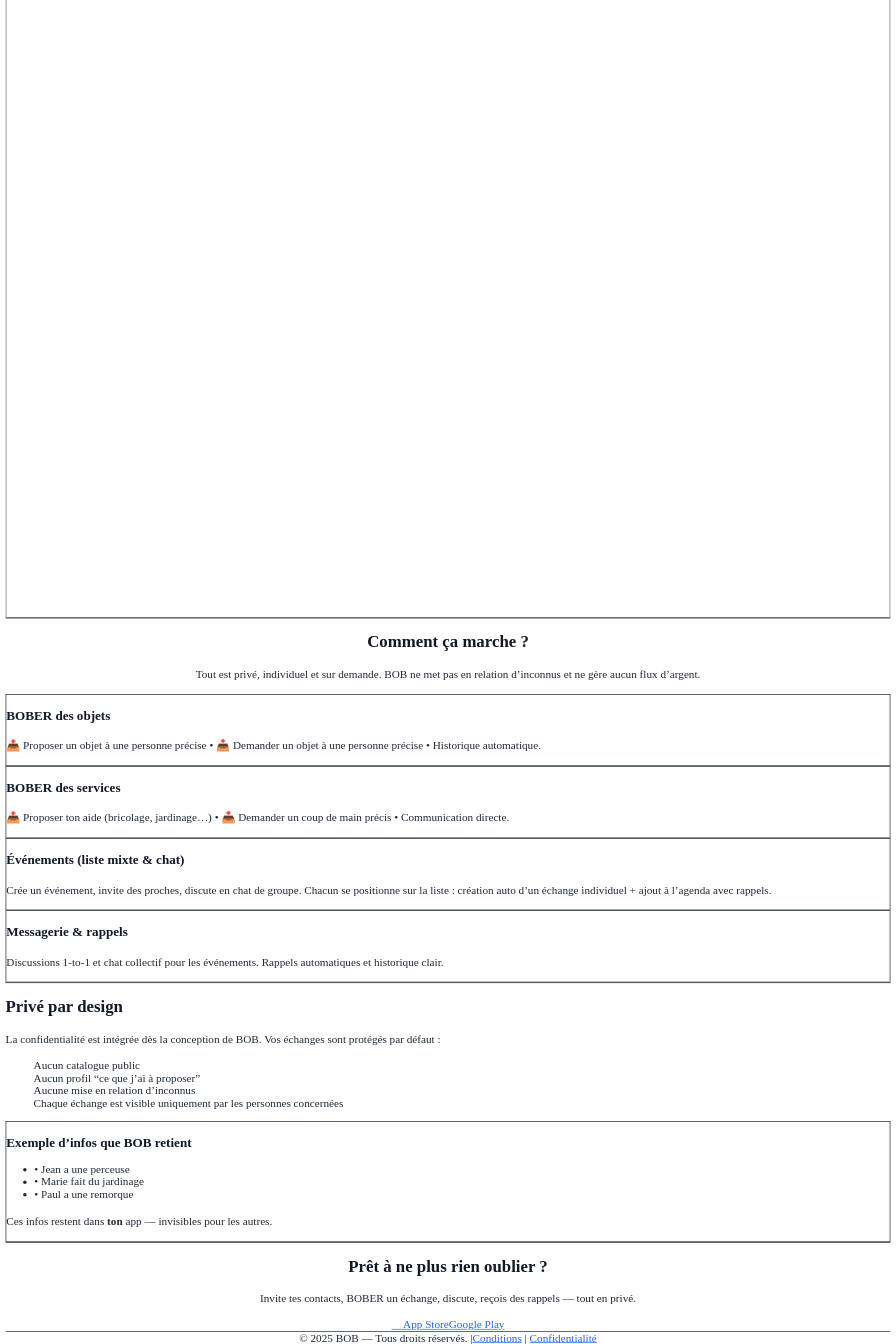
Repository: JeanCharlesMEILLAND/new-bob
Page: /
The author's editor kept a copy of each file at every save. The page is drawn from the files as they stood at one save, then again after the next save.
The browser window is 1280 px wide. The pictures show the part of the page from y = 1519 to 3439 px (the page is 3439 px tall), at 70% of full size.
The project was rebuilt for these pictures with package versions that can differ from the ones it lists, and the page was loaded fresh each time. The framework's server and built-in components were replaced by stand-ins that run in the browser. Also part of the build but not shown: next.config.ts.

Above is the page before, as saved 2025-08-12 00:01:26.

### src/app/layout.tsx
import type { Metadata } from "next";
import Link from "next/link";
import "./globals.css";

export const metadata: Metadata = {
  title: "BOB — Carnet privé d’échanges entre proches",
  description:
    "BOB est un pense-bête privé pour proposer ou demander (BOBER) des objets ou coups de main entre contacts invités, en toute confidentialité. Aucun flux d'argent, aucun catalogue public.",
  metadataBase: new URL("https://www.bobapp.fr"), // à remplacer par ton domaine réel
  openGraph: {
    title: "BOB — Carnet privé d’échanges entre proches",
    description:
      "Gérez vos échanges d'objets et coups de main entre proches avec messagerie, rappels et événements privés. 100% confidentiel.",
    url: "https://www.bobapp.fr",
    siteName: "BOB",
    images: [
      {
        url: "/og-bob.png", // placer ton image dans public/
        width: 1200,
        height: 630,
        alt: "BOB — Carnet privé d’échanges entre proches",
      },
    ],
    locale: "fr_FR",
    type: "website",
  },
  twitter: {
    card: "summary_large_image",
    title: "BOB — Carnet privé d’échanges entre proches",
    description:
      "Proposez, demandez, organisez : BOB gère vos échanges entre proches en toute confidentialité.",
    images: ["/og-bob.png"],
  },
  alternates: {
    canonical: "https://www.bobapp.fr",
  },
};

export default function RootLayout({ children }: { children: React.ReactNode }) {
  return (
    <html lang="fr">
      <body className="antialiased bg-white text-gray-900">
        {/* HEADER STICKY */}
        <header className="sticky top-0 z-50 backdrop-blur bg-white/95 border-b border-gray-200 shadow-sm">
          <div className="max-w-7xl mx-auto px-4 sm:px-6 lg:px-8 h-16 flex items-center justify-between">
            {/* Logo */}
            <Link href="/" className="flex items-center gap-2">
              <div className="h-8 w-8 rounded-lg bg-indigo-600 grid place-items-center text-white font-bold">
                B
              </div>
              <span className="font-semibold tracking-tight">BOB</span>
            </Link>

            {/* Navigation */}
            <nav className="hidden md:flex items-center gap-6">
              <a href="#fonctionnement" className="text-sm text-gray-800 hover:text-indigo-700">
                Fonctionnement
              </a>
              <a href="#prive" className="text-sm text-gray-800 hover:text-indigo-700">
                Privé par design
              </a>
              <a href="#telecharger" className="text-sm text-gray-800 hover:text-indigo-700">
                Télécharger
              </a>
              <Link href="/conditions-utilisation" className="text-sm text-gray-800 hover:text-indigo-700">
                Conditions
              </Link>
              <Link href="/confidentialite" className="text-sm text-gray-800 hover:text-indigo-700">
                Confidentialité
              </Link>
            </nav>

            {/* CTA */}
            <a
              href="#telecharger"
              className="px-4 py-2 rounded-md bg-indigo-600 text-white text-sm font-medium hover:bg-indigo-700 focus:ring-2 focus:ring-offset-2 focus:ring-indigo-500"
            >
              Commencer
            </a>
          </div>
        </header>

        {/* CONTENU */}
        <main className="bg-white text-gray-900">{children}</main>

        {/* FOOTER */}
        <footer className="py-6 border-t border-gray-200 text-center text-sm text-gray-700">
          © {new Date().getFullYear()} BOB — Tous droits réservés. |
          <Link href="/conditions-utilisation" className="text-indigo-600 hover:underline ml-1">
            Conditions
          </Link>{" "}
          |{" "}
          <Link href="/confidentialite" className="text-indigo-600 hover:underline">
            Confidentialité
          </Link>
        </footer>
      </body>
    </html>
  );
}

### src/app/page.tsx
export default function Page() {
  return (
    <main className="bg-white text-gray-900">
      {/* Hero */}
      <section className="relative overflow-hidden bg-gradient-to-b from-indigo-50 to-white">
        <div className="max-w-7xl mx-auto px-4 sm:px-6 lg:px-8 py-20 lg:py-28 grid lg:grid-cols-2 gap-12 items-center">
          <div>
            <h1 className="text-4xl sm:text-5xl font-extrabold text-gray-900">
              BOBER tes échanges <span className="text-indigo-700">entre proches</span>
            </h1>
            <p className="mt-6 text-lg text-gray-800 leading-relaxed">
              BOB est ton carnet privé pour <strong>proposer</strong> ou <strong>demander</strong> des objets,
              des coups de main ou organiser des événements — le tout en privé et uniquement avec tes contacts invités.
            </p>
            <div className="mt-8 flex flex-wrap gap-4">
              <a
                href="#fonctionnement"
                className="px-6 py-3 rounded-md bg-indigo-700 text-white font-semibold hover:bg-indigo-800 focus:ring-2 focus:ring-offset-2 focus:ring-indigo-500"
              >
                Découvrir
              </a>
              <a
                href="#telecharger"
                className="px-6 py-3 rounded-md border border-gray-300 text-gray-800 font-semibold hover:bg-gray-50 focus:ring-2 focus:ring-offset-2 focus:ring-indigo-500"
              >
                Télécharger l’app
              </a>
            </div>
          </div>
          <div className="relative">
            <div className="aspect-[9/16] w-72 sm:w-80 md:w-96 mx-auto rounded-3xl border border-gray-300 bg-white shadow-lg p-4">
              <div className="h-10 rounded-lg bg-indigo-100 grid place-items-center text-indigo-800 text-sm font-medium">
                Nouvelle demande → “Perceuse”
              </div>
              <div className="mt-4 p-4 rounded-lg bg-gray-50">
                <p className="text-sm font-medium text-gray-900">À : Jean</p>
                <p className="text-xs text-gray-700">Retour le 12/09 — rappel auto</p>
              </div>
              <div className="mt-4 p-4 rounded-lg bg-gray-50">
                <p className="text-sm font-medium text-gray-900">Historique</p>
                <p className="text-xs text-gray-700">Paul (remorque) — rendu ✓</p>
              </div>
            </div>
          </div>
        </div>
      </section>

      {/* Fonctionnement */}
      <section id="fonctionnement" className="py-20 border-t border-gray-200">
        <div className="max-w-7xl mx-auto px-4 sm:px-6 lg:px-8">
          <div className="text-center max-w-3xl mx-auto">
            <h2 className="text-3xl font-bold tracking-tight text-gray-900">Comment ça marche ?</h2>
            <p className="mt-3 text-gray-800 leading-relaxed">
              Tout est privé, individuel et sur demande. BOB ne met pas en relation d’inconnus et ne gère aucun flux d’argent.
            </p>
          </div>

          <div className="mt-12 grid gap-6 sm:grid-cols-2 lg:grid-cols-4">
            {[
              {
                title: "BOBER des objets",
                desc: "📤 Proposer un objet à une personne précise • 📥 Demander un objet à une personne précise • Historique automatique.",
              },
              {
                title: "BOBER des services",
                desc: "📤 Proposer ton aide (bricolage, jardinage…) • 📥 Demander un coup de main précis • Communication directe.",
              },
              {
                title: "Événements (liste mixte & chat)",
                desc: "Crée un événement, invite des proches, discute en chat de groupe. Chacun se positionne sur la liste : création auto d’un échange individuel + ajout à l’agenda avec rappels.",
              },
              {
                title: "Messagerie & rappels",
                desc: "Discussions 1-to-1 et chat collectif pour les événements. Rappels automatiques et historique clair.",
              },
            ].map((f) => (
              <div
                key={f.title}
                className="rounded-xl border border-gray-300 bg-white p-6 shadow-sm hover:shadow-md transition"
              >
                <h3 className="font-semibold text-gray-900">{f.title}</h3>
                <p className="mt-2 text-sm text-gray-800 leading-relaxed">{f.desc}</p>
              </div>
            ))}
          </div>
        </div>
      </section>

      {/* Privé par design */}
      <section id="prive" className="py-20 bg-gray-50 border-y border-gray-300">
        <div className="max-w-7xl mx-auto px-4 sm:px-6 lg:px-8 grid lg:grid-cols-2 gap-12 items-center">
          <div>
            <h2 className="text-3xl font-bold tracking-tight text-gray-900">Privé par design</h2>
            <p className="mt-4 text-gray-800 leading-relaxed">
              La confidentialité est intégrée dès la conception de BOB. Vos échanges sont protégés par défaut :
            </p>
            <ul className="mt-6 space-y-3 text-gray-800">
              {[
                "Aucun catalogue public",
                "Aucun profil “ce que j’ai à proposer”",
                "Aucune mise en relation d’inconnus",
                "Chaque échange est visible uniquement par les personnes concernées",
              ].map((item) => (
                <li key={item} className="flex gap-3">
                  <span className="mt-1 inline-block h-2 w-2 bg-indigo-700 rounded-full" />
                  <span>{item}</span>
                </li>
              ))}
            </ul>
          </div>
          <div className="rounded-2xl border border-gray-300 bg-white p-6 shadow-sm">
            <h3 className="font-semibold text-gray-900">Exemple d’infos que BOB retient</h3>
            <ul className="mt-4 space-y-2 text-sm text-gray-800">
              <li>• Jean a une perceuse</li>
              <li>• Marie fait du jardinage</li>
              <li>• Paul a une remorque</li>
            </ul>
            <p className="mt-4 text-sm text-gray-700">
              Ces infos restent dans <strong>ton</strong> app — invisibles pour les autres.
            </p>
          </div>
        </div>
      </section>

      {/* CTA */}
      <section id="telecharger" className="py-20 text-center bg-white">
        <h2 className="text-3xl font-bold tracking-tight text-gray-900">Prêt à ne plus rien oublier ?</h2>
        <p className="mt-3 text-gray-800 leading-relaxed">
          Invite tes contacts, BOBER un échange, discute, reçois des rappels — tout en privé.
        </p>
        <div className="mt-8 flex flex-wrap justify-center gap-4">
          <a
            href="#"
            className="px-6 py-3 rounded-md bg-indigo-700 text-white font-semibold hover:bg-indigo-800 focus:ring-2 focus:ring-offset-2 focus:ring-indigo-500"
          >
             App Store
          </a>
          <a
            href="#"
            className="px-6 py-3 rounded-md bg-green-600 text-white font-semibold hover:bg-green-700 focus:ring-2 focus:ring-offset-2 focus:ring-green-500"
          >
            Google Play
          </a>
        </div>
      </section>
    </main>
  );
}

### src/app/globals.css
@tailwind base;
@tailwind components;
@tailwind utilities;

/* Forcer un fond clair par défaut */
html, body {
  height: 100%;
  background-color: #ffffff;
  color: #1f2937; /* text-gray-800 */
}

/* Améliorer la lisibilité des paragraphes */
p {
  line-height: 1.6;
}

/* Contraste sur les titres */
h1, h2, h3 {
  color: #111827; /* text-gray-900 */
}

/* Contraste des liens */
a {
  color: #2563eb; /* text-blue-600 */
}
a:hover {
  color: #1d4ed8; /* text-blue-700 */
}

After the next save:
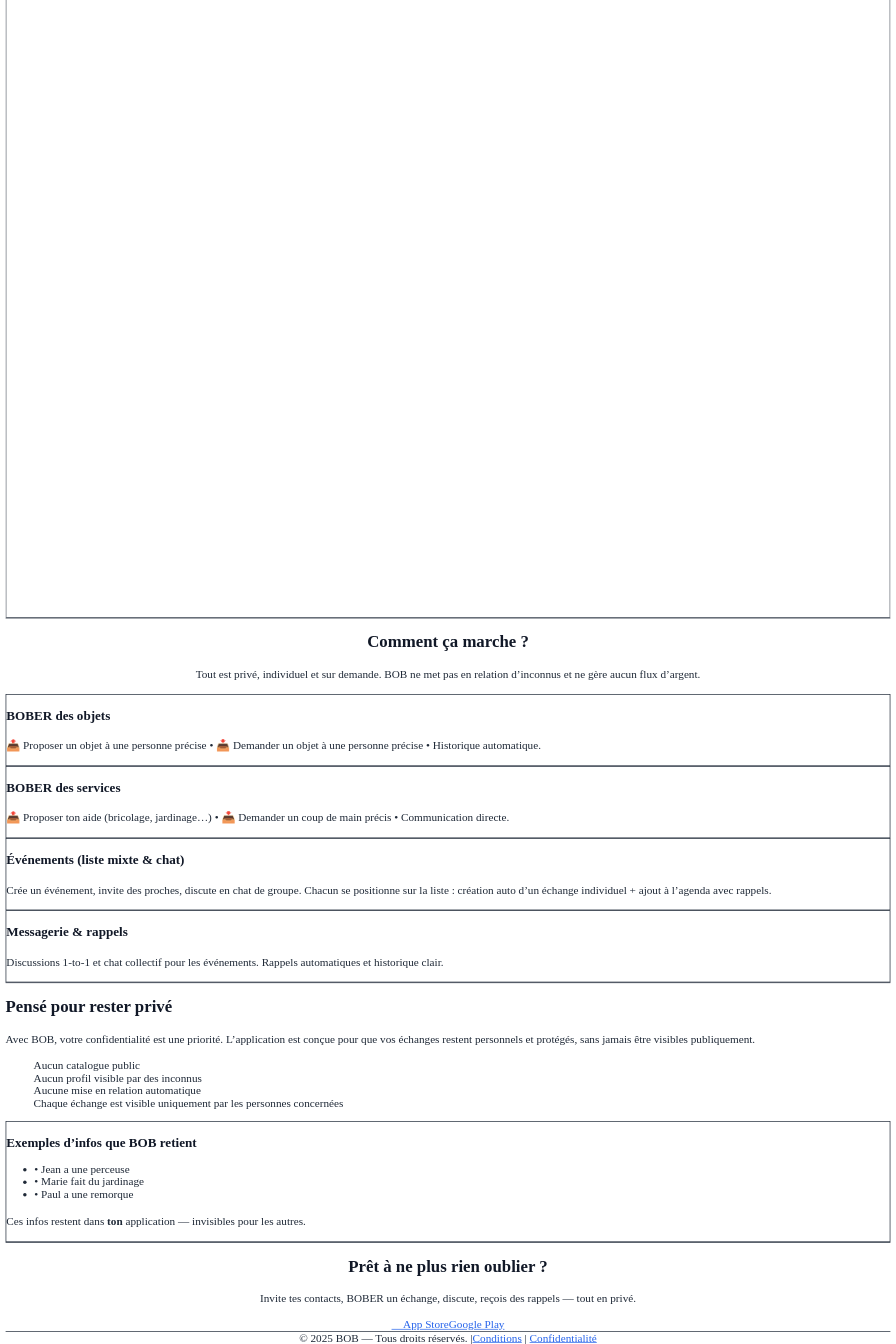
Saved 2 min 11 s later.
--- a/src/app/page.tsx
+++ b/src/app/page.tsx
@@ -86,19 +86,19 @@
         </div>
       </section>
 
-      {/* Privé par design */}
+      {/* Pensé pour rester privé */}
       <section id="prive" className="py-20 bg-gray-50 border-y border-gray-300">
         <div className="max-w-7xl mx-auto px-4 sm:px-6 lg:px-8 grid lg:grid-cols-2 gap-12 items-center">
           <div>
-            <h2 className="text-3xl font-bold tracking-tight text-gray-900">Privé par design</h2>
+            <h2 className="text-3xl font-bold tracking-tight text-gray-900">Pensé pour rester privé</h2>
             <p className="mt-4 text-gray-800 leading-relaxed">
-              La confidentialité est intégrée dès la conception de BOB. Vos échanges sont protégés par défaut :
+              Avec BOB, votre confidentialité est une priorité. L’application est conçue pour que vos échanges restent personnels et protégés, sans jamais être visibles publiquement.
             </p>
             <ul className="mt-6 space-y-3 text-gray-800">
               {[
                 "Aucun catalogue public",
-                "Aucun profil “ce que j’ai à proposer”",
-                "Aucune mise en relation d’inconnus",
+                "Aucun profil visible par des inconnus",
+                "Aucune mise en relation automatique",
                 "Chaque échange est visible uniquement par les personnes concernées",
               ].map((item) => (
                 <li key={item} className="flex gap-3">
@@ -109,14 +109,14 @@
             </ul>
           </div>
           <div className="rounded-2xl border border-gray-300 bg-white p-6 shadow-sm">
-            <h3 className="font-semibold text-gray-900">Exemple d’infos que BOB retient</h3>
+            <h3 className="font-semibold text-gray-900">Exemples d’infos que BOB retient</h3>
             <ul className="mt-4 space-y-2 text-sm text-gray-800">
               <li>• Jean a une perceuse</li>
               <li>• Marie fait du jardinage</li>
               <li>• Paul a une remorque</li>
             </ul>
             <p className="mt-4 text-sm text-gray-700">
-              Ces infos restent dans <strong>ton</strong> app — invisibles pour les autres.
+              Ces infos restent dans <strong>ton</strong> application — invisibles pour les autres.
             </p>
           </div>
         </div>
